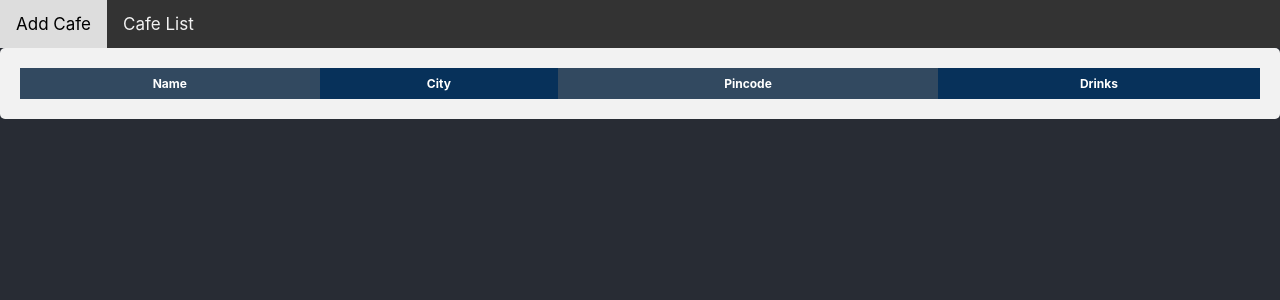
Repository: Surojd/project-cafe
Page: /cafes
These files come from the project's save history. The page is drawn as it stood at one moment and after the next save; the edit follows.
The browser window is 1280 px wide. The pictures show the whole page.
The page's requests for data from a server got no answer. The project was rebuilt for these pictures with package versions that can differ from the ones it lists, and the page was loaded fresh each time. No one was signed in, and anything a server would have sent is missing. Also part of the build but not shown: src/cafe/AddCafe.js.

Above is the page before, as saved 2021-09-01 14:40:20.

After the next save:
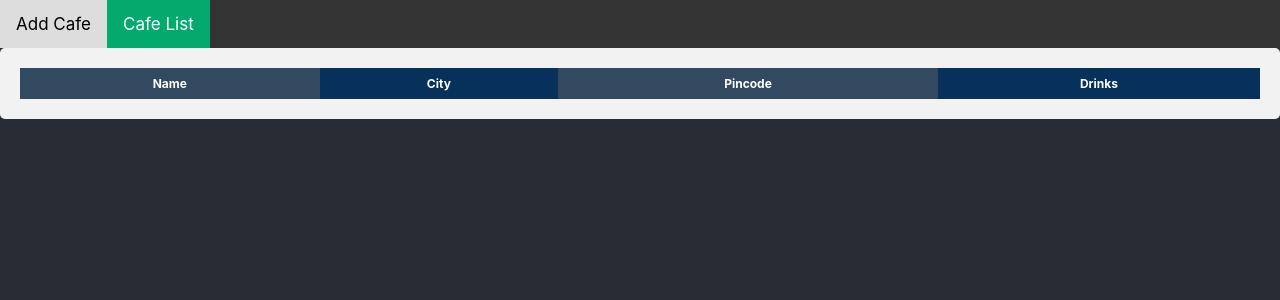
Saved 9 s later.
--- a/src/App.js
+++ b/src/App.js
@@ -13,7 +13,7 @@ function App() {
     <div className="App">
       <header className="topnav">
         <Link to="/add-cafe" className={pathname === '/add-cafe' ? 'active' : ''}>Add Cafe</Link>
-        <Link to="/cafes" className={pathname === '/add-cafe' ? 'active' : ''}>Cafe List</Link>
+        <Link to="/cafes" className={pathname === '/cafes' ? 'active' : ''}>Cafe List</Link>
       </header>
       <div class="container">
         <Switch>
